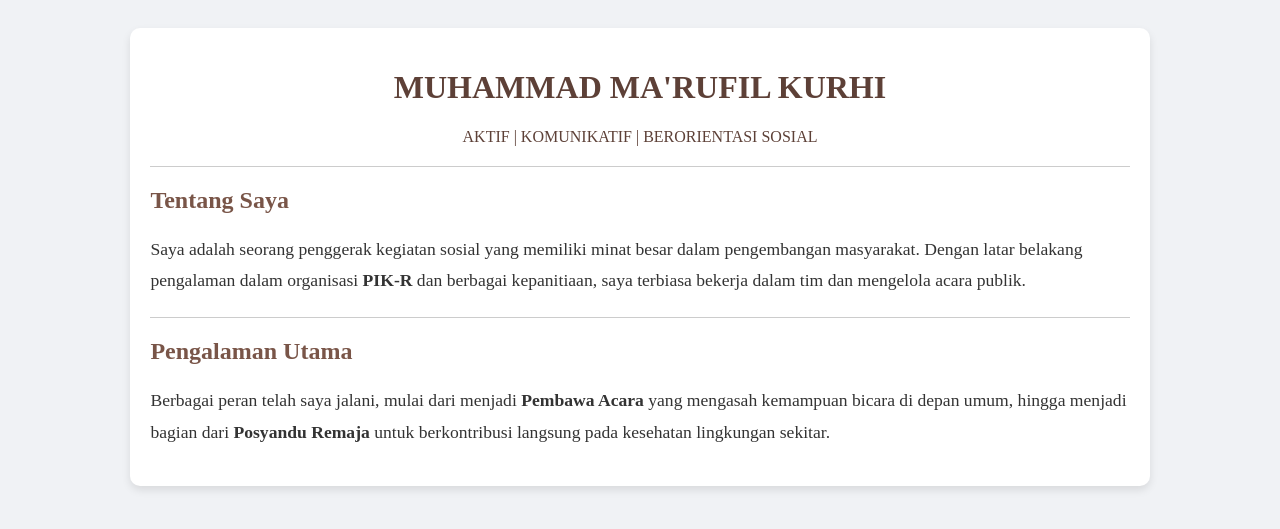
Repository: rufi1126/241552010002-Web-Application-Development
Page: p-2/latihan2.html
These files come from the project's save history. The page is drawn as it stood at one moment and after the next save; the edit follows.
The browser window is 1280 px wide. The pictures show the whole page.

Above is the page before, as saved 2026-02-27 17:33:52.

### p-2/latihan2.html
<!DOCTYPE html>
<html lang="id">
<head>
    <meta charset="UTF-8">
    <meta name="viewport" content="width=device-width, initial-scale=1.0">
    <title>Halaman Personal - Muhammad Ma'rufil Kurhi</title>
    <style>
        /* Menggunakan Class untuk styling umum */
        .container {
            width: 80%;
            margin: auto;
            background-color: #ffffff;
            padding: 20px;
            border-radius: 10px;
            box-shadow: 0px 4px 8px rgba(0,0,0,0.1);
        }

        /* Menggunakan ID untuk elemen spesifik */
        #main-header {
            text-align: center;
            color: #5d4037;
            text-transform: uppercase;
        }

        .section-title {
            color: #795548;
            margin-top: 20px;
        }

        .description {
            font-size: 1.1em;
            color: #333;
            line-height: 1.8;
        }

        hr {
            border: 0;
            height: 1px;
            background: #ccc;
            margin: 20px 0;
        }
    </style>
</head>
<body style="background-color: #f0f2f5; padding: 20px;">

    <div class="container">

        <header id="main-header">
            <h1>Muhammad Ma'rufil Kurhi</h1>
            <p>Aktif | Komunikatif | Berorientasi Sosial</p>
        </header>

        <hr> <div id="about-me" class="content-section">
            <h2 class="section-title">Tentang Saya</h2>
            <p class="description">
                Saya adalah seorang penggerak kegiatan sosial yang memiliki minat besar dalam pengembangan masyarakat.
                Dengan latar belakang pengalaman dalam organisasi <strong>PIK-R</strong> dan berbagai kepanitiaan,
                saya terbiasa bekerja dalam tim dan mengelola acara publik.
            </p>
        </div>

        <hr>

        <div id="experience" class="content-section">
            <h2 class="section-title">Pengalaman Utama</h2>
            <p class="description">
                Berbagai peran telah saya jalani, mulai dari menjadi <strong>Pembawa Acara</strong> yang mengasah
                kemampuan bicara di depan umum, hingga menjadi bagian dari <strong>Posyandu Remaja</strong>
                untuk berkontribusi langsung pada kesehatan lingkungan sekitar.
            </p>
        </div>

    </div>

</body>
</html>

After the next save:
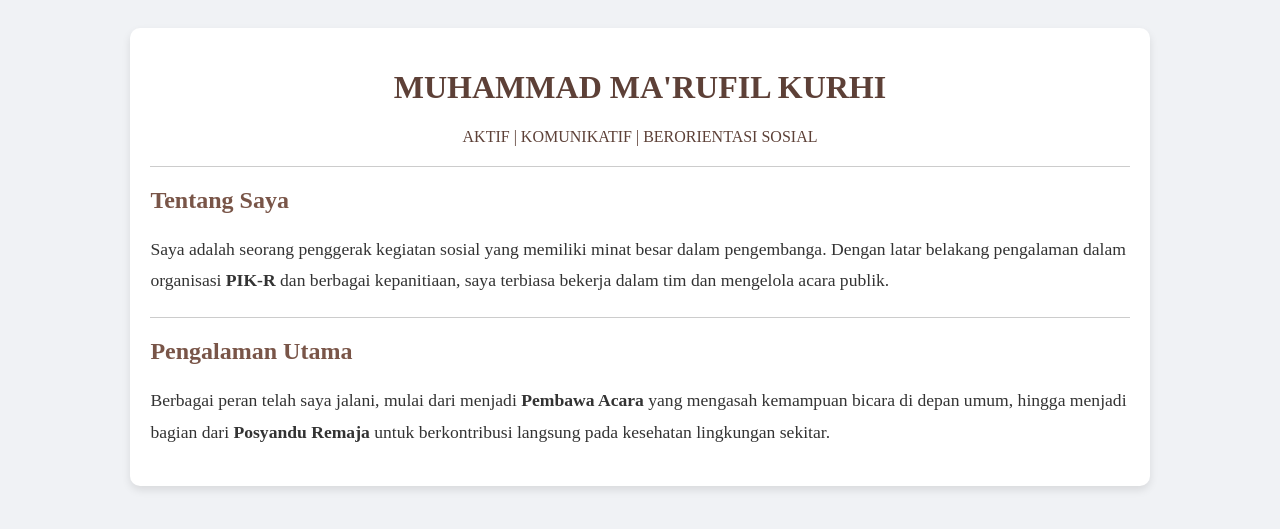
Saved 23 s later.
--- a/p-2/latihan2.html
+++ b/p-2/latihan2.html
@@ -53,7 +53,7 @@
         <hr> <div id="about-me" class="content-section">
             <h2 class="section-title">Tentang Saya</h2>
             <p class="description">
-                Saya adalah seorang penggerak kegiatan sosial yang memiliki minat besar dalam pengembangan masyarakat.
+                Saya adalah seorang penggerak kegiatan sosial yang memiliki minat besar dalam pengembanga.
                 Dengan latar belakang pengalaman dalam organisasi <strong>PIK-R</strong> dan berbagai kepanitiaan,
                 saya terbiasa bekerja dalam tim dan mengelola acara publik.
             </p>
